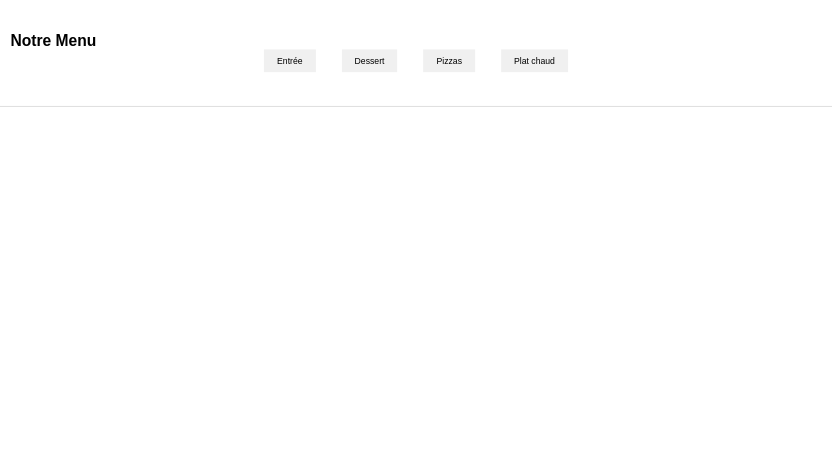
Repository: ByteVoyageur/restaurant-xin
Page: index.html
An editor plug-in stored every save of this project. The page is shown before and after the next save, followed by the edit.
The browser window is 1280 px wide. The pictures show the whole page, at 65% of full size.

Above is the page before, as saved 2023-11-04 13:34:53.

### index.html
<!DOCTYPE html>
<html lang="fr">

<head>
    <meta charset="UTF-8">
    <meta name="viewport" content="width=device-width, initial-scale=1.0">
    <title>Pizza Store</title>
    <link rel="stylesheet" href="style.css">
</head>

<body>
    <header>
        <!-- Logo, Navigation, etc. -->
    </header>

    <main>
        <!-- 主要内容区 -->
        <section id="menu">
            <h1>Notre Menu</h1>
            <!-- 分类按钮 -->
            <div class="category-buttons">
                <button class="category-btn" id="entree">Entrée</button>
                <button class="category-btn" id="dessert">Dessert</button>
                <button class="category-btn" id="pizzas">Pizzas</button>
                <button class="category-btn" id="plat-chaud">Plat chaud</button>
            </div>

            <!-- 菜单项将在这里通过JS动态添加 -->
            <div id="menu-items">
                <!-- JS 动态内容 -->
            </div>

            <!-- 关键字选择按钮，暂时留空，后续通过JS填充 -->
            <div class="keyword-filters">
                <!-- JS 动态内容 -->
            </div>
        </section>

        <!-- 购物车预留区域 -->
        <aside id="shopping-cart">
            <h2>Votre Panier</h2>
            <!-- 购物车内容将在这里通过JS动态添加 -->
            <div id="cart-items">
                <!-- JS 动态内容 -->
            </div>
        </aside>
    </main>

    <footer>
        <!-- 联系信息，版权声明等 -->
    </footer>

    <script src="script.js"></script> <!-- JS 文件将在这里引入 -->
</body>

</html>

### style.css
/* Basic Reset */
* {
  margin: 0;
  padding: 0;
  box-sizing: border-box;
}

body {
  font-family: 'Arial', sans-serif;
}

/* Header */
header {
  text-align: center;
  padding: 1em;
}

/* Main content styles */
main {
  padding: 1em;
}

/* Category buttons styles */
.category-buttons {
  display: flex;
  flex-direction: column;
  margin-bottom: 1em;
  gap: 30px;
}

.category-btn {
  padding: 0.5em;
  margin: 0.2em 0;
  cursor: pointer;
}

/* Menu items styles */
#menu-items {
  display: none; /* Default is hidden, shown when category is selected */
}

/* Shopping cart styles */
#shopping-cart {
  position: fixed;
  bottom: 0;
  right: 0;
  width: 100%; /* Full width on mobile */
  background-color: white;
  border-top: 1px solid #ccc;
  padding: 1em;
  display: none; /* Default is hidden, shown when user wants to see the cart */
}

/* Footer */
footer {
  text-align: center;
  padding: 1em;
  border-top: 1px solid #ccc;
  margin-top: 1em;
}

/* Media Queries for Responsive Design */
@media (min-width: 768px) {
  /* Adjustments for larger screens */
  .category-buttons {
    flex-direction: row;
    justify-content: center;
  }

  #shopping-cart {
    width: auto; /* Adjust width for larger screens */
    position: static;
  }
}
#menu-items .menu-item {
  border: 1px solid #ddd;
  padding: 10px;
  margin-bottom: 10px;
}

#menu-items .menu-item h3 {
  margin: 0;
  color: #333;
}

#menu-items .menu-item p {
  font-size: 0.9em;
  margin: 5px 0;
}

#menu-items .menu-item span {
  display: block;
  margin-top: 5px;
}

.category-buttons {
  margin-bottom: 20px;
}

.category-btn {
  background-color: #f0f0f0;
  border: none;
  padding: 10px 20px;
  margin: 0 5px;
  cursor: pointer;
}

.category-btn:hover {
  background-color: #ddd;
}

/* 在此添加更多样式以满足您的设计需求 */

### script.js
console.log('script.js loaded')
const dishes = [
  {
    id: 101,
    name: 'Salade verte',
    contents: '',
    small_price: '3,00€',
    large_price: '5,00€',
  },

  {
    id: 112,
    name: 'Salade burrata',
    contents: 'burrata, tomates, basilic, jambon serrano, pesto, roquette',
    small_price: '8,00€',
    large_price: '11,50€',
  },

  {
    id: 201,
    name: 'Tagliatelles carbonara',
    contents: 'champignons, lardons, oignons, crème, oeuf',
    price: '10,50€',
  },

  {
    id: 206,
    name: 'Tagliatelles au saumon fumé',
    contents: '',
    price: '12,00€',
  },
  {
    id: 207,
    name: 'Tagliatelles au pesto et burrata',
    contents: '',
    price: '15,00€',
  },

  {
    id: 301,
    name: 'Poulet au curry',
    contents: '',
    price: '10,50€',
  },
  {
    id: 302,
    name: 'Cuisse de canard confite',
    contents: '',
    price: '12,50€',
  },
  {
    id: 303,
    name: 'Magret de canard',
    contents: '',
    price: '17,50€',
  },

  {
    id: 401,
    name: 'Jambon',
    contents: 'Tomate, jambon, olives, fromage',
    small_price: '9,00€',
    large_price: '11,00€',
  },
  {
    id: 402,
    name: 'Reine',
    contents: 'Tomate, champignons, jambon, fromage',
    small_price: '9,00€',
    large_price: '11,00€',
  },
  {
    id: 403,
    name: 'Romaine',
    contents: 'Tomate, jambon, filet de crème, olives, fromage, oeuf',
    small_price: '9,00€',
    large_price: '11,00€',
  },
  {
    id: 404,
    name: 'Fruits de mer',
    contents: 'Tomate, fruits de mer, fromage, persillade',
    small_price: '9,00€',
    large_price: '11,00€',
  },

  {
    id: 408,
    name: 'Fermière',
    contents: 'Tomate, poulet, champignons, fromage',
    small_price: '9,00€',
    large_price: '11,00€',
  },
  {
    id: 409,
    name: 'Chèvre miel',
    contents: 'Tomate, chèvre, fromage, miel',
    small_price: '9,00€',
    large_price: '11,00€',
  },
  {
    id: 410,
    name: 'Merguez',
    contents: 'Tomate, merguez, fromage',
    small_price: '9,00€',
    large_price: '11,00€',
  },
  {
    id: 411,
    name: 'Chorizo',
    contents: 'Tomate, chorizo, fromage',
    small_price: '9,00€',
    large_price: '11,00€',
  },
  {
    id: 412,
    name: 'Indienne',
    contents: 'Tomate, poulet, curry, oignon, fromage',
    small_price: '9,00€',
    large_price: '11,00€',
  },

  {
    id: 501,
    category: 'Délicieuses',
    name: 'Anchoyade',
    contents: 'Tomate, anchois, olive, fromage',
    small_price: '9,50€',
    large_price: '12,00€',
  },

  {
    id: 521,
    category: 'Gourmandes',
    name: 'Valentina',
    contents: 'Crème fraîche, saumon, épinard, fromage',
    small_price: '11,50€',
    large_price: '14,00€',
  },
]

// 根据 id 分类菜品
function categorizeDishes(dish) {
  const idPrefix = dish.id.toString()[0]
  switch (idPrefix) {
    case '1':
      return 'entree'
    case '2':
      return 'dessert'
    case '3':
      return 'plat-chaud'
    case '4':
    case '5':
      return 'pizzas'
    default:
      return 'other'
  }
}

// 将菜品添加到页面中
function displayDishes(category = 'all') {
  console.log(`Displaying dishes for category: ${category}`)
  const menuItems = document.getElementById('menu-items')
  menuItems.innerHTML = '' // 清空现有的菜品

  dishes
    .filter((dish) => category === 'all' || categorizeDishes(dish) === category)
    .forEach((dish) => {
      const dishElement = document.createElement('div')
      dishElement.className = 'menu-item'
      // 判断菜品是否有 small_price 和 large_price，如果没有则显示单一的 price
      const priceInfo =
        dish.small_price && dish.large_price
          ? `<span>Small: ${dish.small_price}</span><span>Large: ${dish.large_price}</span>`
          : `<span>Price: ${dish.price}</span>`

      dishElement.innerHTML = `
        <h3>${dish.name}</h3>
        <p>${dish.contents}</p>
        ${priceInfo}
      `

      menuItems.appendChild(dishElement)
    })
}

// 为按钮添加事件监听器
document.querySelectorAll('.category-btn').forEach((button) => {
  console.log(`Adding event listener to button: ${button.id}`) // 确保使用的是反引号
  button.addEventListener('click', function () {
    console.log(`Button clicked: ${this.id}`) // 同样确保使用的是反引号
    displayDishes(this.id)
  })
})

// 在页面加载时显示所有菜品
window.addEventListener('DOMContentLoaded', () => {
  console.log('DOM fully loaded and parsed')
  displayDishes('all')
})

After the next save:
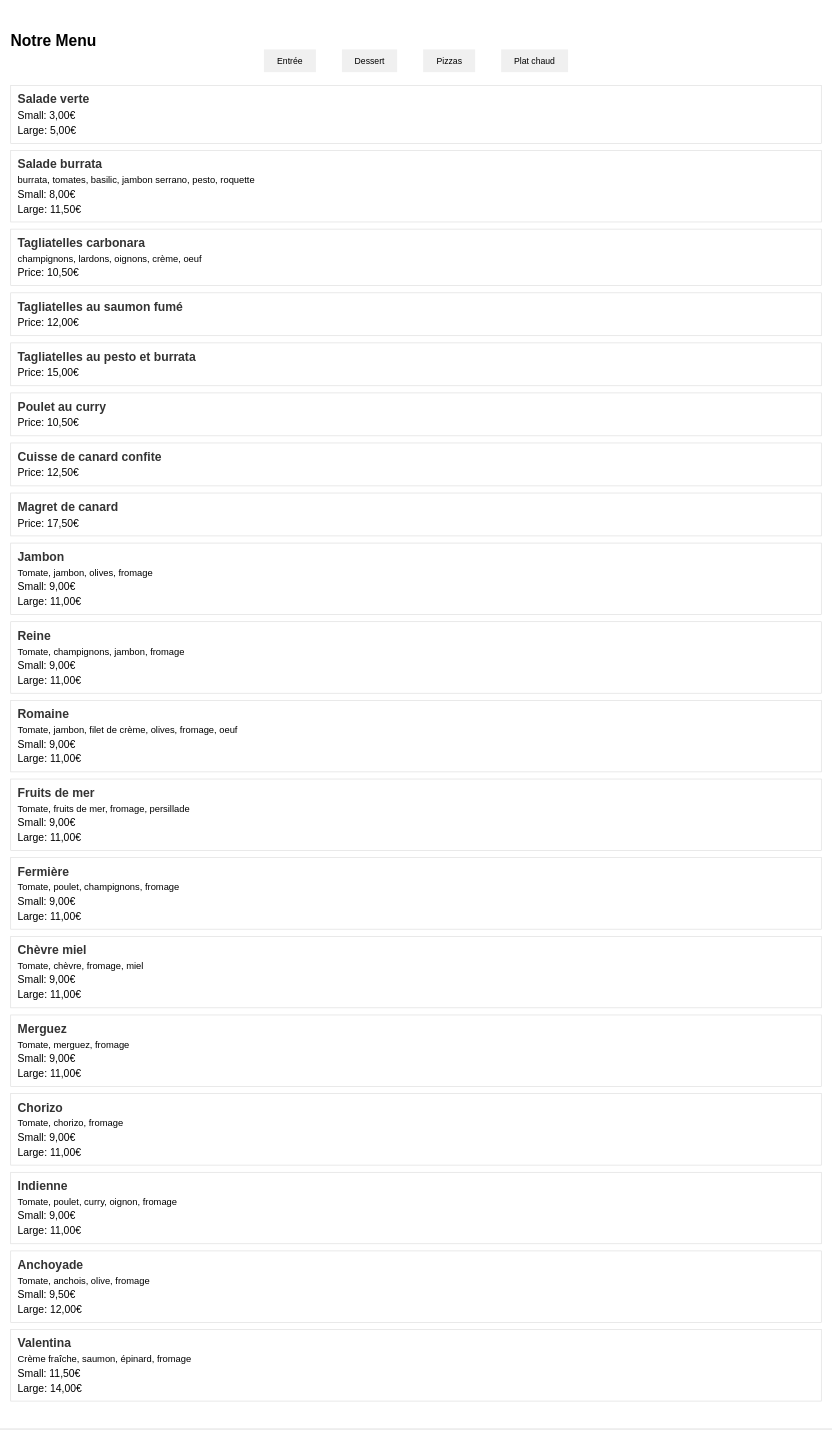
Saved 13 min 48 s later.
--- a/script.js
+++ b/script.js
@@ -163,6 +163,8 @@ function displayDishes(category = 'all') {
   const menuItems = document.getElementById('menu-items')
   menuItems.innerHTML = '' // 清空现有的菜品
 
+  menuItems.style.display = 'grid'
+
   dishes
     .filter((dish) => category === 'all' || categorizeDishes(dish) === category)
     .forEach((dish) => {
